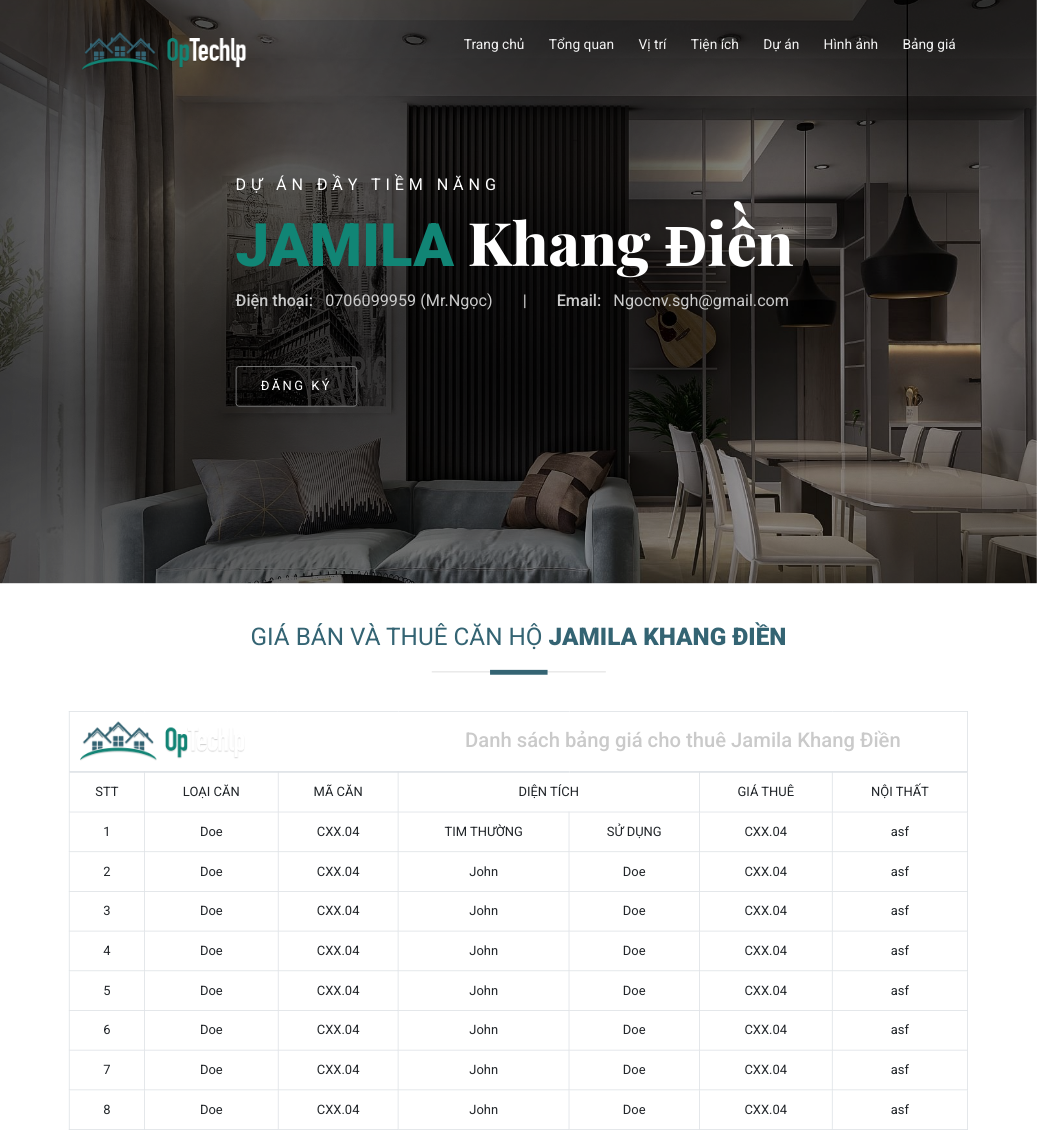
Repository: phunobi1807/Myweb
Page: index.html
The author's editor kept a copy of each file at every save. The page is drawn from the files as they stood at one save, then again after the next save.
The browser window is 1280 px wide. The pictures show the whole page, at 81% of full size.
Some web fonts or font styles are not loaded; a fallback is used.

Above is the page before, as saved 2021-05-14 13:56:31.

After the next save:
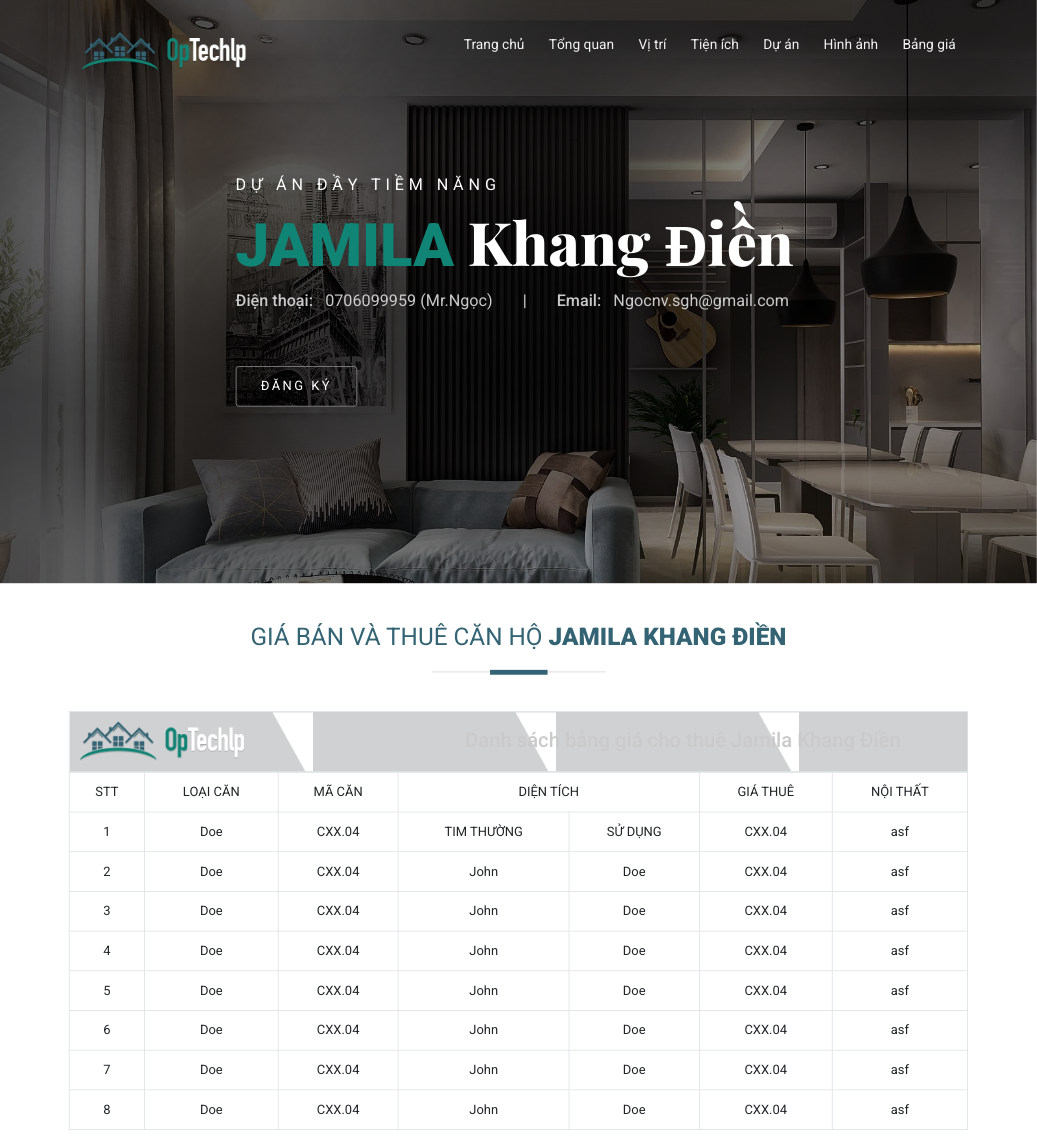
Saved 2 min 6 s later.
--- a/index.html
+++ b/index.html
@@ -49,7 +49,7 @@
                 <table class="table table-bordered mt-5">
                     <thead>
                         <tr>
-                            <th colspan="7">
+                            <th colspan="7" style="background-image:url(./image/optechlp.png);">
                                 <div class="title-table">
                                     <img src="./image/logo-banner.png" alt="">
                                     <p>Danh sách bảng giá cho thuê Jamila Khang Điền</p>
